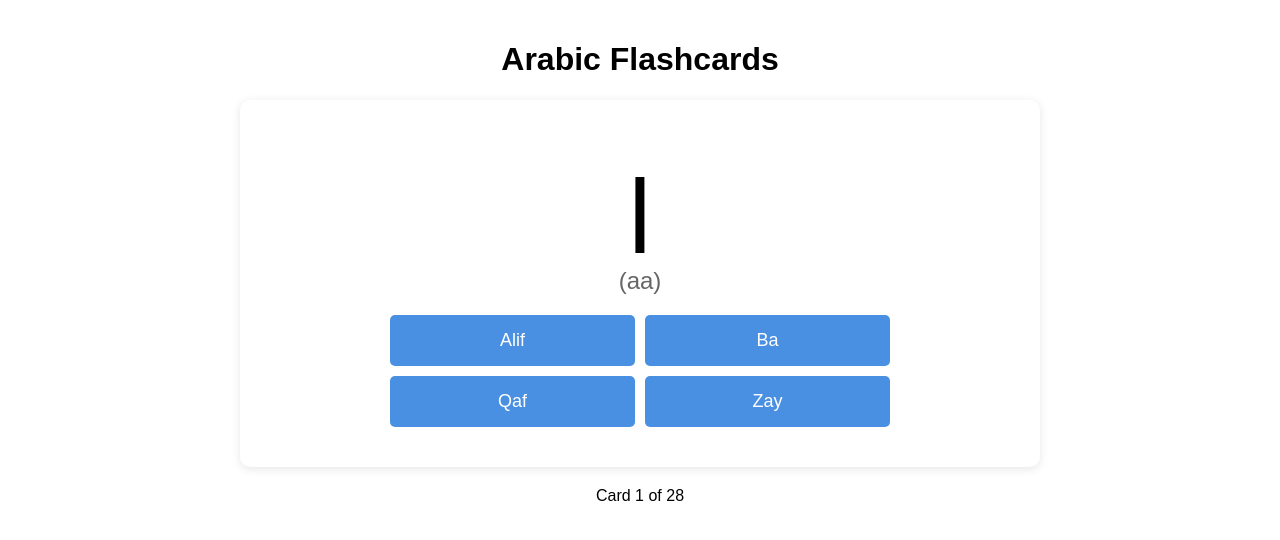
Repository: foolishimp/arabic-flashcards
Page: /
An editor plug-in stored every save of this project. The page is shown before and after the next save, followed by the edit.
The browser window is 1280 px wide. The pictures show the whole page.
The project was rebuilt for these pictures with package versions that can differ from the ones it lists, and the page was loaded fresh each time.

Above is the page before, as saved 2024-11-22 23:47:32.

### src/App.js
import React, { useState } from "react";
import "./App.css";

const letters = [
  { arabic: "ا", name: "Alif", sound: "aa" },
  { arabic: "ب", name: "Ba", sound: "b" },
  { arabic: "ت", name: "Ta", sound: "t" },
  { arabic: "ث", name: "Tha", sound: "th" },
  { arabic: "ج", name: "Jeem", sound: "j" },
  { arabic: "ح", name: "Ha", sound: "ḥ" },
  { arabic: "خ", name: "Kha", sound: "kh" },
  { arabic: "د", name: "Dal", sound: "d" },
  { arabic: "ذ", name: "Dhal", sound: "dh" },
  { arabic: "ر", name: "Ra", sound: "r" },
  { arabic: "ز", name: "Zay", sound: "z" },
  { arabic: "س", name: "Seen", sound: "s" },
  { arabic: "ش", name: "Sheen", sound: "sh" },
  { arabic: "ص", name: "Saad", sound: "ṣ" },
  { arabic: "ض", name: "Daad", sound: "ḍ" },
  { arabic: "ط", name: "Taa", sound: "ṭ" },
  { arabic: "ظ", name: "Zaa", sound: "ẓ" },
  { arabic: "ع", name: "Ayn", sound: "ʿ" },
  { arabic: "غ", name: "Ghayn", sound: "gh" },
  { arabic: "ف", name: "Fa", sound: "f" },
  { arabic: "ق", name: "Qaf", sound: "q" },
  { arabic: "ك", name: "Kaf", sound: "k" },
  { arabic: "ل", name: "Lam", sound: "l" },
  { arabic: "م", name: "Meem", sound: "m" },
  { arabic: "ن", name: "Noon", sound: "n" },
  { arabic: "ه", name: "Ha", sound: "h" },
  { arabic: "و", name: "Waw", sound: "w/oo" },
  { arabic: "ي", name: "Ya", sound: "y/ee" },
];

function App() {
  const [currentCardIndex, setCurrentCardIndex] = useState(0);
  const [score, setScore] = useState(0);
  const [showResult, setShowResult] = useState(false);
  const [selectedOption, setSelectedOption] = useState(null);
  const [currentOptions, setCurrentOptions] = useState(getRandomOptions(letters[0].name));
  const [canProceed, setCanProceed] = useState(false);

  function getRandomOptions(correctAnswer) {
    const options = new Set([correctAnswer]);
    while (options.size < 4) {
      const randomLetter = letters[Math.floor(Math.random() * letters.length)].name;
      options.add(randomLetter);
    }
    return Array.from(options).sort();
  }

  const handleOptionClick = (option) => {
    if (selectedOption !== null) return;

    setSelectedOption(option);
    setCanProceed(true);

    if (option === letters[currentCardIndex].name) {
      setScore(score + 1);
    }
  };

  const handleNext = () => {
    if (currentCardIndex + 1 < letters.length) {
      setCurrentCardIndex(currentCardIndex + 1);
      setSelectedOption(null);
      setCanProceed(false);
      setCurrentOptions(getRandomOptions(letters[currentCardIndex + 1].name));
    } else {
      setShowResult(true);
    }
  };

  if (showResult) {
    return (
      <div className="App">
        <div className="result">
          <h1>Flashcards Completed!</h1>
          <p>Your score: {score} / {letters.length}</p>
          <button className="next-button" onClick={() => window.location.reload()}>
            Restart
          </button>
        </div>
      </div>
    );
  }

  return (
    <div className="App">
      <h1>Arabic Flashcards</h1>
      <div className="flashcard">
        <div className="arabic-letter">
          {letters[currentCardIndex].arabic}
          <div className="sound-hint">({letters[currentCardIndex].sound})</div>
        </div>
        <div className="options">
          {currentOptions.map((option, index) => (
            <button
              key={index}
              onClick={() => handleOptionClick(option)}
              className={
                selectedOption !== null
                  ? option === letters[currentCardIndex].name
                    ? "correct"
                    : option === selectedOption
                    ? "incorrect"
                    : ""
                  : ""
              }
              disabled={selectedOption !== null}
            >
              {option}
            </button>
          ))}
        </div>
      </div>
      <div className="progress">
        <p>Card {currentCardIndex + 1} of {letters.length}</p>
        {canProceed && (
          <button
            className="next-button"
            onClick={handleNext}
          >
            Next
          </button>
        )}
      </div>
    </div>
  );
}

export default App;

### src/App.css
.App {
  text-align: center;
  max-width: 800px;
  margin: 0 auto;
  padding: 20px;
  font-family: Arial, sans-serif;
}

.flashcard {
  background: white;
  border-radius: 10px;
  box-shadow: 0 2px 10px rgba(0, 0, 0, 0.1);
  padding: 40px;
  margin: 20px 0;
}

.arabic-letter {
  font-size: 100px;
  margin: 20px 0;
}

.sound-hint {
  font-size: 24px;
  color: #666;
  margin-top: -10px;
  margin-bottom: 20px;
}

.options {
  display: grid;
  grid-template-columns: 1fr 1fr;
  gap: 10px;
  max-width: 500px;
  margin: 0 auto;
}

.options button {
  padding: 15px 20px;
  font-size: 18px;
  border: none;
  border-radius: 5px;
  background-color: #4a90e2;
  color: white;
  cursor: pointer;
  transition: background-color 0.3s ease;
}

.options button:hover {
  background-color: #357abd;
}

.options button.correct {
  background-color: #4caf50;
}

.options button.incorrect {
  background-color: #f44336;
}

.options button:disabled {
  opacity: 0.7;
  cursor: not-allowed;
}

.progress {
  margin-top: 20px;
  font-size: 16px;
}

.next-button {
  margin-top: 20px;
  padding: 10px 20px;
  font-size: 16px;
  background-color: #4a90e2;
  color: white;
  border: none;
  border-radius: 5px;
  cursor: pointer;
}

.next-button:disabled {
  background-color: #cccccc;
  cursor: not-allowed;
}

.result {
  background: white;
  border-radius: 10px;
  box-shadow: 0 2px 10px rgba(0, 0, 0, 0.1);
  padding: 40px;
  margin: 20px 0;
}

Loaded but not shown: public/index.html (common file); src/index.js (common file); src/index.css (common file); src/reportWebVitals.js (common file)

After the next save:
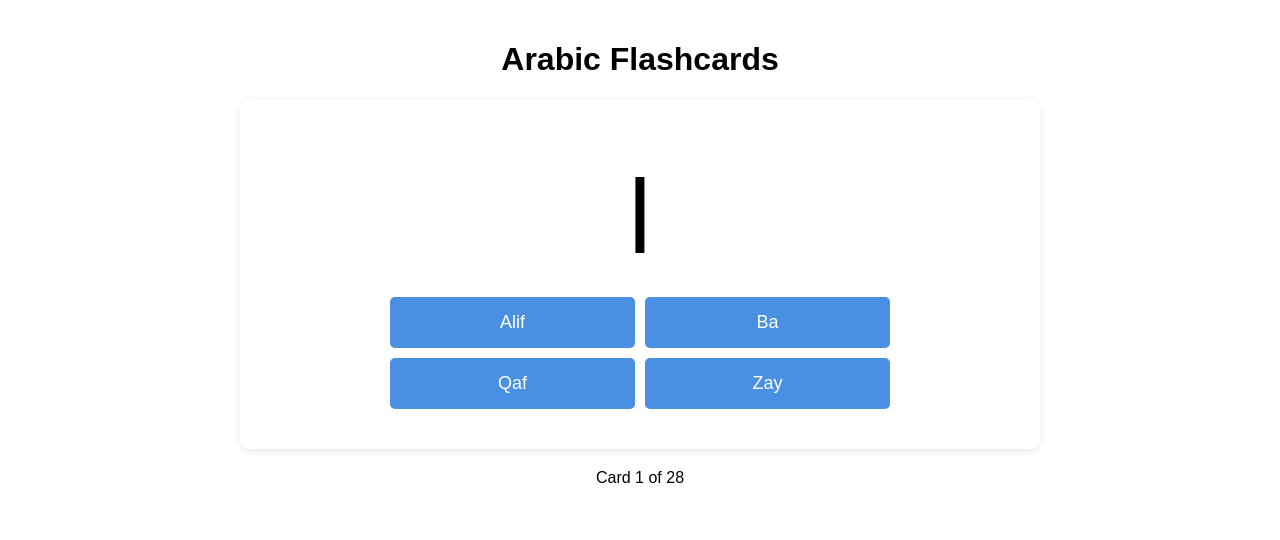
Saved 100 s later.
--- a/src/App.js
+++ b/src/App.js
@@ -91,7 +91,11 @@ function App() {
       <div className="flashcard">
         <div className="arabic-letter">
           {letters[currentCardIndex].arabic}
-          <div className="sound-hint">({letters[currentCardIndex].sound})</div>
+          {selectedOption && (
+            <div className="sound-hint">
+              ({letters[currentCardIndex].sound})
+            </div>
+          )}
         </div>
         <div className="options">
           {currentOptions.map((option, index) => (
@@ -110,6 +114,11 @@ function App() {
               disabled={selectedOption !== null}
             >
               {option}
+              {selectedOption !== null && option === letters[currentCardIndex].name && (
+                <span className="sound-hint-button">
+                  ({letters[currentCardIndex].sound})
+                </span>
+              )}
             </button>
           ))}
         </div>
